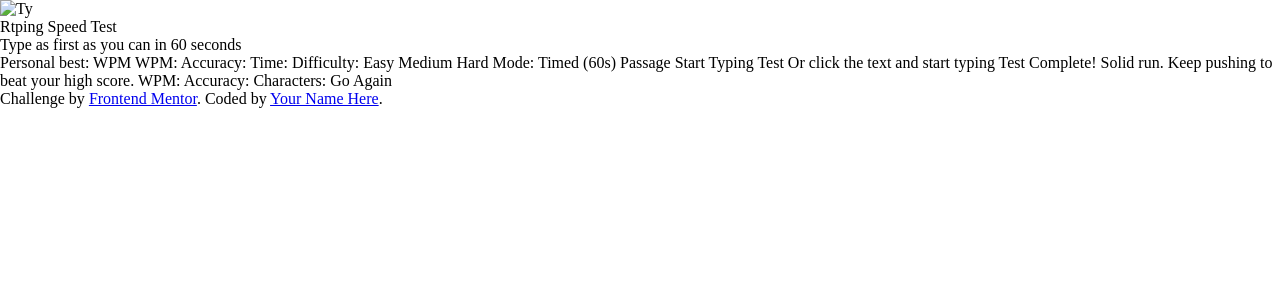
Repository: eva003n/typing-speed-test
Page: index.html
The author's editor kept a copy of each file at every save. The page is drawn from the files as they stood at one save, then again after the next save.
The browser window is 1280 px wide. The pictures show the whole page.

Above is the page before, as saved 2026-02-12 23:47:43.

After the next save:
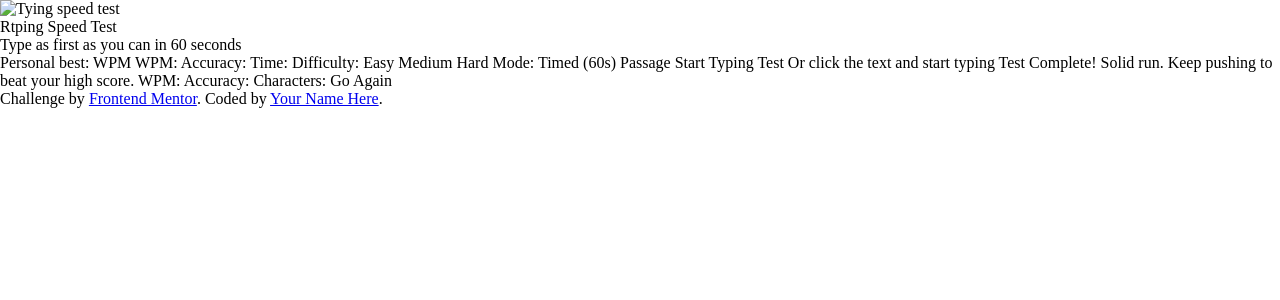
Saved 6 s later.
--- a/index.html
+++ b/index.html
@@ -16,7 +16,7 @@
        <div>
         <img
         src=""
-        alt="Ty">
+        alt="Tying speed test ">
        </div>
       <p>Rtping Speed Test</p>
       <p>Type as first as you can in 60 seconds</p>
